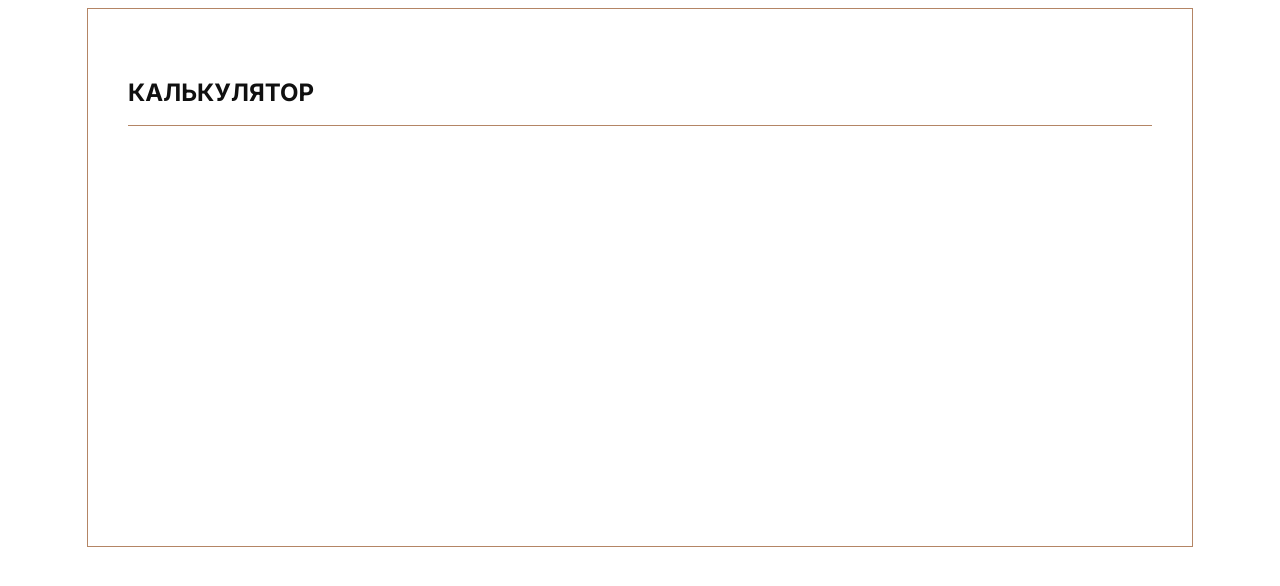
Repository: Kirill2034/Calculator-metal
Page: /
The author's editor kept a copy of each file at every save. The page is drawn from the files as they stood at one save, then again after a run of saves.
The browser window is 1280 px wide. The pictures show the whole page.
The project was rebuilt for these pictures with package versions that can differ from the ones it lists, and the page was loaded fresh each time.

Above is the page before, as saved 2021-11-27 16:02:12.

After the next 2 saves:
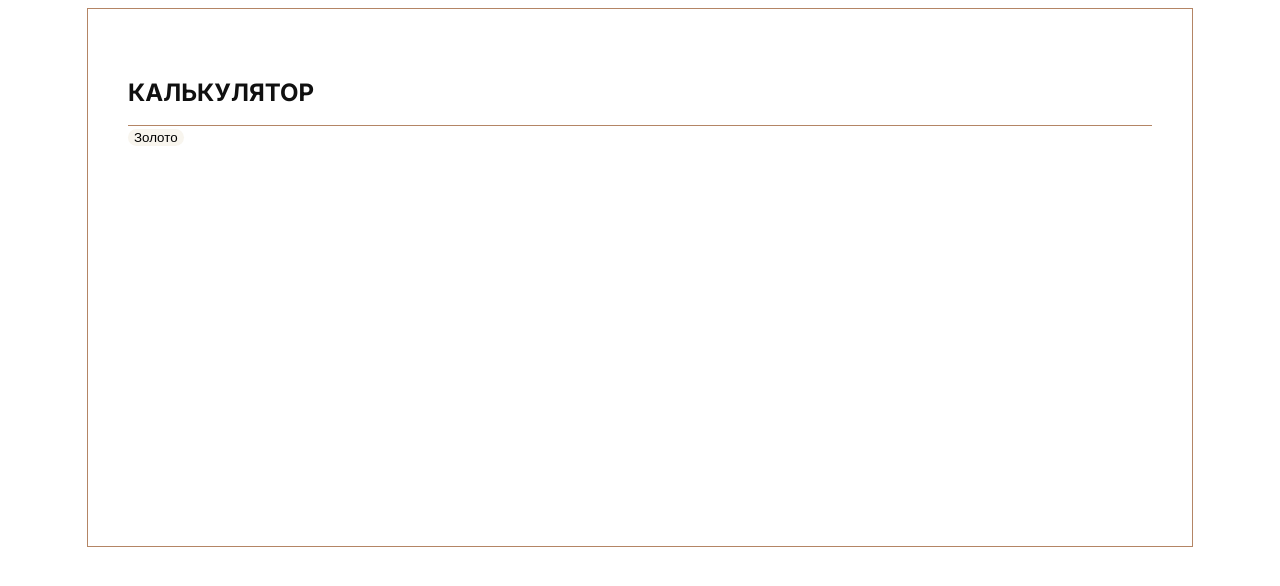
The 2 saves are shown as one change because 1 did not build or start.
The last was saved 96 s later.
--- a/src/App.js
+++ b/src/App.js
@@ -1,4 +1,5 @@
 import './App.css';
+import {BtnRadio} from './components/BtnRadio';
 
 function App() {
   return (
@@ -6,7 +7,9 @@ function App() {
       <div className="title">
         <h2>Калькулятор</h2>
       </div>
-      <div className="calculator"></div>
+      <div className="calculator">
+        <BtnRadio value="Золото"/>
+      </div>
     </div>
   );
 }
--- a/src/components/BtnRadio/BtnRadio.js
+++ b/src/components/BtnRadio/BtnRadio.js
@@ -6,3 +6,5 @@ const BtnRadio = ({value}) => {
         <button className="BtnRadio">{value}</button>
     )
 }
+
+export default BtnRadio;
